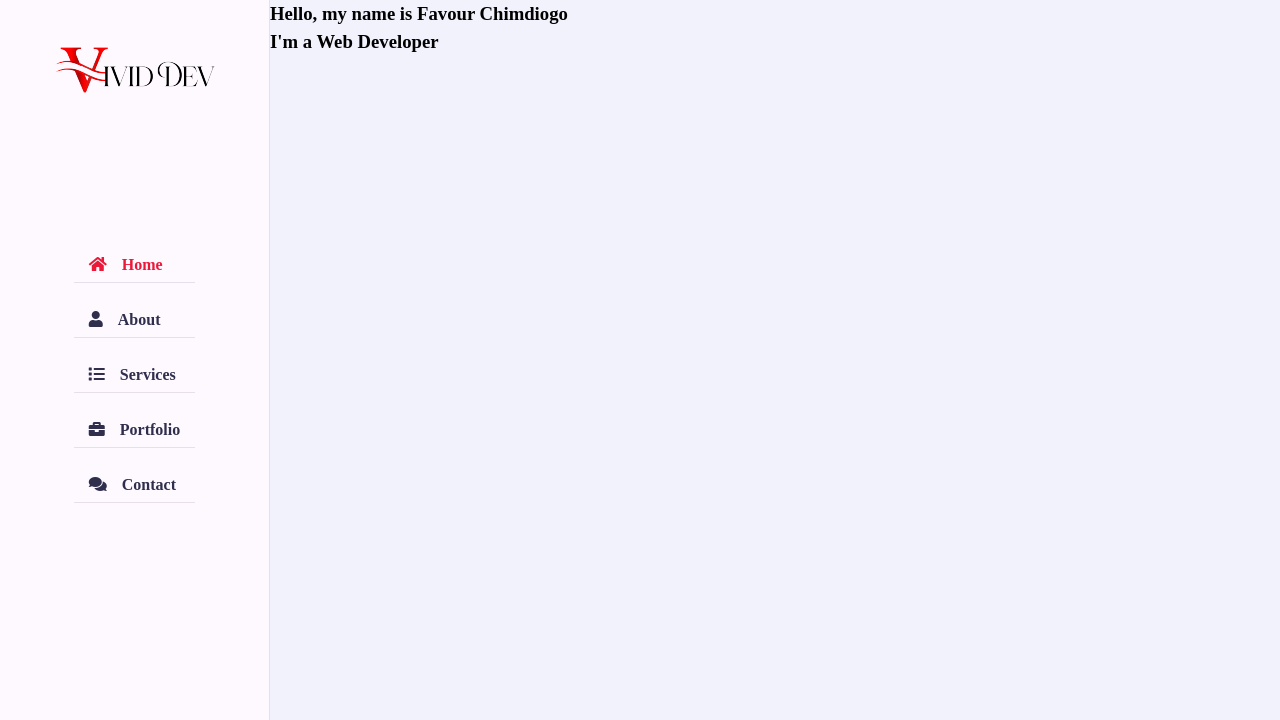
Repository: Big-Fave1/vivid-dev-portfolio
Page: build/index.html
An editor plug-in stored every save of this project. The page is shown before and after the next save, followed by the edit.
The browser window is 1280 px wide. The pictures show the whole page.

Above is the page before, as saved 2025-05-28 18:29:36.

### build/index.html
<!DOCTYPE html>
<html lang="en">
<head>
    <meta charset="UTF-8">
    <meta name="viewport" content="width=device-width, initial-scale=1.0">
    <title>Vivid Dev Portfolio</title>
    <link rel="stylesheet" href="css/style.css">
    <link rel="stylesheet" href="css/color-1.css">
    <link rel="stylesheet" href="https://cdnjs.cloudflare.com/ajax/libs/font-awesome/5.15.4/css/all.min.css">
</head>
<body>
    <!--- ==== main container Start==== -->
    <div class="main-container"></div>
    <!--- ==== Aside Start === -->
    <div class="aside">
        <div class="logo">
        <a href="#"><img src="img/vivid 3.png" alt=""></a>
        </div>
        <div class="nav-toggler">
            <i class="fa fa-bars" aria-hidden="true"></i>
        </div>
        <ul class="nav">
            <li><a href="#" class="active"><i class="fa fa-home"></i>Home</a></li>
            <li><a href="#"><i class="fa fa-user"></i>About</a></li>
            <li><a href="#"><i class="fa fa-list"></i>Services</a></li>
            <li><a href="#"><i class="fa fa-briefcase"></i>Portfolio</a></li>
            <li><a href="#"><i class="fa fa-comments"></i>Contact</a></li>
        </ul>
    </div>
    <!--- ==== Aside End === -->
    <!--- ==== Main content Start === -->
    <div class="main-content">
        <!--- === Home Section Start === -->
        <section class="home section">
            <div class="container">
                <div class="row">
                    <div class="home-info">
                        <h3 class="hello">Hello, my name is <span class="name">Favour Chimdiogo</span></h3>
                        <h3 class="my-profession">I'm a <Span class="typing">Web Developer</Span></h3>

                    </div>
                </div>
            </div>
        </section>
        <!--- === Home Section End === -->
    </div>
    <!--- ==== Main content End === -->
    <!--- ====main container End === -->
</body>
</html>

### build/css/style.css

@import url('https://fonts.googleapis.com/css2?family=Poppins:ital,wght@0,100;0,200;0,300;0,400;0,500;0,600;0,700;0,800;0,900;1,100;1,200;1,300;1,400;1,500;1,600;1,700;1,800;1,900&display=swap');


:root
{
    --bg-black-900:#f2f2fc;
    --bg-black-100:#fdf9ff;
    --bg-black-50:#e8dfec;
    --text-black-900:#302e4d;
    --text-black-700:#504e70;

}

body
{
    line-height:1.5;
    font-size:16px;
    font-family: 'Poppins' sans-serif;
}

*
{
    margin: 0;
    padding: 0;
    outline:none;
    text-decoration:none;
    text-decoration:none;
    box-sizing: border-box;
}
::before, ::after
{
    box-sizing:border-box;
}
ul
{
    list-style: none;
}
.section
{
    background:var(--bg-black-900);
    min-height: 100vh;
    display: block;
    position: fixed;
    left: 270px;
    top: 0;
    right: 0;
    z-index: 0;
    opacity: 1;
}
/* aside */
.aside
{
width: 270px;
background:var(--bg-black-100);
position: fixed;
left: 0;
top: 0;
padding: 30px;
height: 100%;
border-right:1px solid var(--bg-black-50);
z-index: 10;
display: flex;
justify-content: center;
align-items: center;
}
.aside .logo
{
    position: absolute;
    top: -30px;
    ;
}
.aside .logo a
{
    color: var(--bg-black-900);
    font-weight: 700;
    padding: 15px 20px;
    font-size: 30px;
    position: relative;
}
/*.aside .logo a span
.aside .logo a:before
{
    content:'';
    position: absolute;
    width: 20px;
    height: 20px;
    border-bottom: 5px solid var(--skin-color);
    border-left: 5px solid var(--skin-color);
    bottom: 0;
    left: 0;

}
.aside .logo a:after
{
    content:'';
    position: absolute;
    width: 20px;
    height: 20px;
    border-top: 5px solid var(--skin-color);
    border-right: 5px solid var(--skin-color);
    top: 0;
    right: 0;

}
    */
.aside .nav-toggler
{
    height: 40px;
    width: 45px;
    border: 1px solid var(--bg-black-50);
    cursor: pointer;
    position: fixed;
    left: 300px;
    top: 20px;
    color: var(--skin-color);
    border-radius: 5px;
    background:var(--bg-black-100);
    display: none;
    align-items:center;
    justify-content: center;
}
.aside .nav
{
    margin-top: 50px;
}
.aside .nav li
{
    margin-bottom: 20px;
    display: block;
}
.aside .nav li a
{
    font-size: 16px;
    font-weight: 600;
    display: block;
    border-bottom:1px solid var(--bg-black-50);
    color:var(--text-black-900);
    padding: 5px 15px;
}
.aside .nav li a.active
{
    color:var(--skin-color);
}
.aside .nav li a i
{
    margin-right: 15px;

}

### build/css/color-1.css

:root
{
    --skin-color:#ec1839;
}

After the next save:
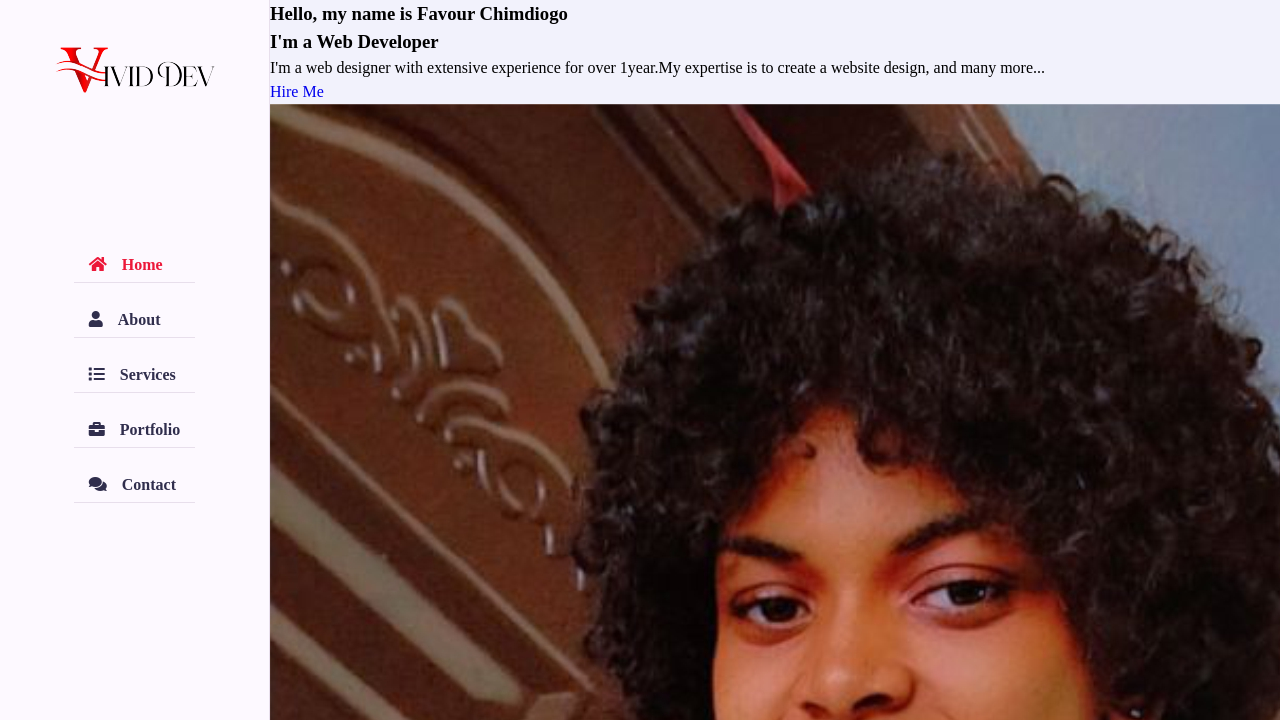
Saved 32 min 19 s later.
--- a/build/index.html
+++ b/build/index.html
@@ -37,7 +37,11 @@
                     <div class="home-info">
                         <h3 class="hello">Hello, my name is <span class="name">Favour Chimdiogo</span></h3>
                         <h3 class="my-profession">I'm a <Span class="typing">Web Developer</Span></h3>
-
+                        <p>I'm a web designer with extensive experience for over 1year.My expertise is to create a website design, and many more...</p>
+                    <a href="#contact" class="btn hire-me">Hire Me</a>
+                    </div>
+                    <div class="home-img">
+                        <img src="img/home image.jpg" alt="">
                     </div>
                 </div>
             </div>
